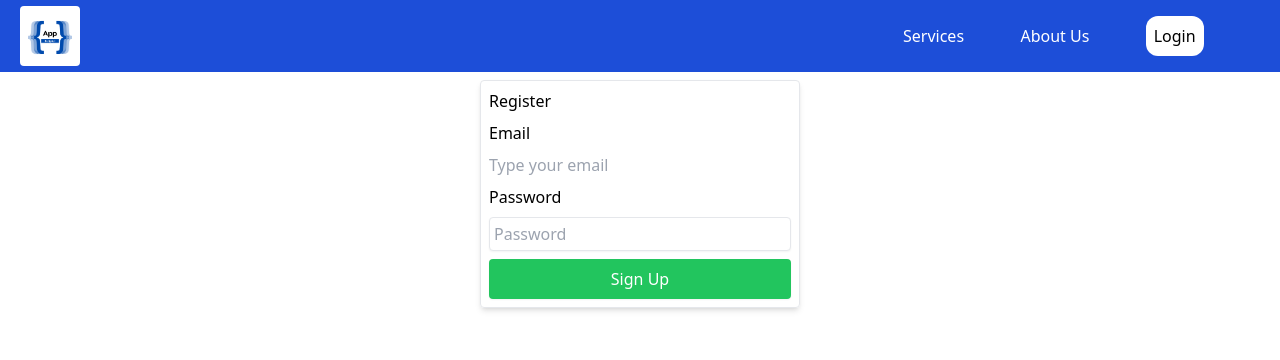
Repository: Cotizacionact/appscriptersvelte
Page: /Auth
These files come from the project's save history. The page is drawn as it stood at one moment and after the next save; the edit follows.
The browser window is 1280 px wide. The pictures show the whole page.
The page's requests for data from a server got no answer. The project was rebuilt for these pictures with package versions that can differ from the ones it lists, and the page was loaded fresh each time. The framework's server and built-in components were replaced by stand-ins that run in the browser. No one was signed in, and anything a server would have sent is missing. Also part of the build but not shown: svelte.config.js, vite.config.ts.

Above is the page before, as saved 2023-08-20 02:16:21.

After the next save:
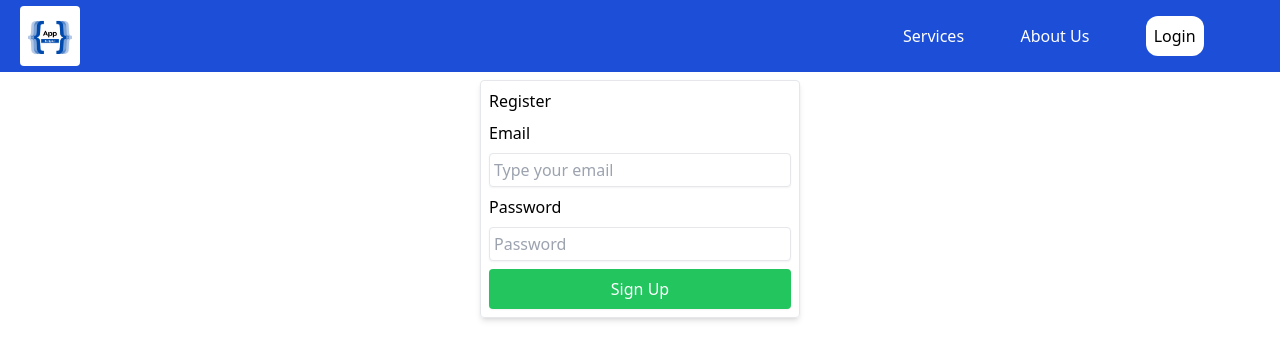
Saved 28 s later.
--- a/src/routes/Auth/register.svelte
+++ b/src/routes/Auth/register.svelte
@@ -6,7 +6,7 @@
     <form action="?/register" method="POST" class="shadow-md flex flex-col md:w-1/4 border rounded my-2 p-2 space-y-2">
         <h1>Register</h1>
         <label for="email">Email</label>
-        <input type="text" name="email" id="email" placeholder="Type your email"/>
+        <input class="shadow-sm rounded border p-1"  type="text" name="email" id="email" placeholder="Type your email"/>
         <label for="password">Password</label>
         <input class="shadow-sm rounded border p-1" type="password" name="password" id="password" placeholder="Password"/>
         <button class="shadow-sm hover:shadow-md active:shadow-lg bg-green-500 text-white p-2 rounded hover:bg-green-700 active:bg-green-900">Sign Up</button>
